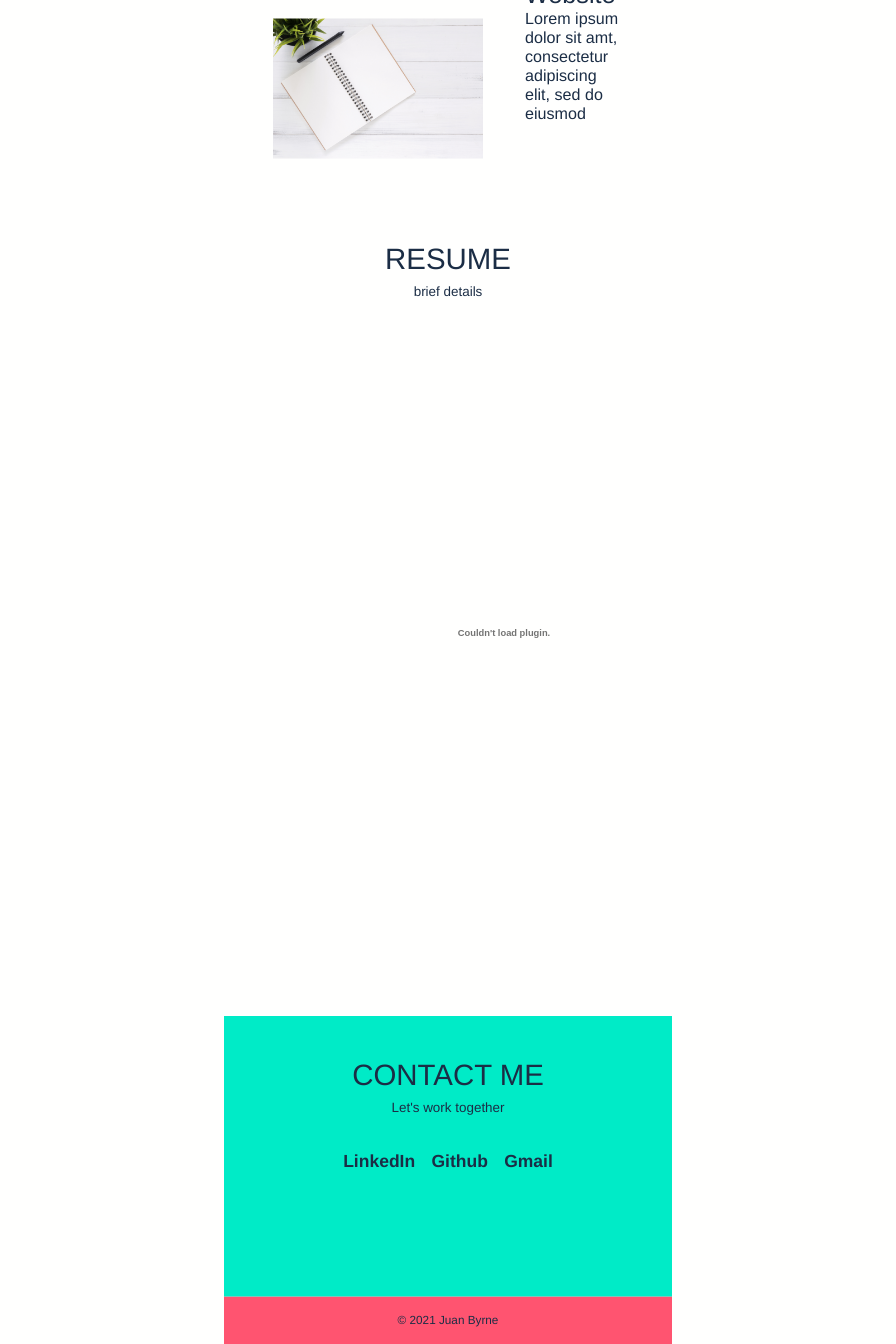
Repository: jb150524/JB-Portfolio
Page: index.html
These files come from the project's save history. The page is drawn as it stood at one moment and after the next save; the edit follows.
The browser window is 1280 px wide. The pictures show the part of the page from y = 3209 to 5129 px (the page is 5129 px tall before and 4434 px after), at 70% of full size.
Some icons come from a web library that is not loaded, so they are not drawn.

Above is the page before, as saved 2021-07-24 22:02:23.

### index.html
<!DOCTYPE html>
<!-- saved from url=(0053)file:///Users/jja/FullStack_HW/juanwebsite/index.html -->

    <html lang="en"><head><meta http-equiv="Content-Type" content="text/html; charset=UTF-8">

    <meta http-equiv="X-UA-Compatible" content="IE=edge">
    <meta name="viewport" content="width=device-width, initial-scale=1.0">

    <!-- CSS style sheet -->
    <link rel="stylesheet" href="style.css">



    <title>Juan's Portfolio</title>
    </head>

    <body>
    <header>
      <nav class="top-nav">
       <ul class="nav-list">
       <li>
       <a href="file:///Users/jja/FullStack_HW/juanwebsite/index.html">Home</a>
       <a href="file:///Users/jja/FullStack_HW/juanwebsite/index.html#about">About</a>
       <a href="file:///Users/jja/FullStack_HW/juanwebsite/index.html#portfolio">Portfolio</a>
       <a href="file:///Users/jja/FullStack_HW/juanwebsite/index.html#resume">Resume</a>
       <a href="file:///Users/jja/FullStack_HW/juanwebsite/index.html#contact">Contact</a>
       </li>
      </ul>
      </nav>

    <div class="main">
      <div class="landing-text">
        <h1>JuanByrne</h1>
        <h6>Graphic Designer and Web Developer</h6>
      </div>
    </div>
    </header>

    <section class="about" id="about">
      <div class="container">
        <a class="about-details">
        <div class="about-heading">
        <h1>About</h1>
        <h6>Myself</h6>
      </div>
        <p>
        I'm a Graphic Designer trying to become a full stack developer. I am from Guadalajara, Mexico. I was born in Mexico, but at a young age I moved to the USA. One of my favorite hobbies is playing competative soccer. Playing soccer has taught me perseverance, how to be a team player, and most importantly how to lose. I currently live in Wayne, Pennsylvania, but have previously lived in Guadalajara, Mexico and Orange County, California. I want to become a web developer because I want to learn a skill that motivates me and pushes me to try new things. I am excited about web developing and want a career that gives me a spark, like I get when I play soccer, with competitiveness, passion, and the belief that I can succeed.
        </p>
        </a>
        </div>
        </section>
        <a class="about-details">
          <section class="experience" id="experience">
            <div class="container">
                <div class="section-heading">
                <h1>Experience</h1>
                <h6>What I can do for you</h6>
            </div>
        <div class="my-skills">
          <div class="skills" ="">
           <div class="icon-container">
            <i class="fas fa-code"></i>
          </div>
          <h1>Graphic Designer</h1>
            <p>
            I'm a Graphic Designer with 2 years of experience working in the advertising industry. Possesses a high degree of competence using programs such as Adobe Photoshop, InDesign, and HTML & CSS.
            </p>
        </div>

        <div class="skills">
          <div class="icon-container">
          <i class="fas fa.codse"></i>
          </div>
          <h1>Web Development</h1>
          <p>
          Learning to become a Web developer and to sharpen my skills. I have a great understanding in Javascript and HTML & CSS.
          </p>
        </div>
        </div>
        </div>
        </section>
        </a>
        <section class="portfolio" id="portfolio"><a class="about-details">
          </a>
          <div class="container"><a class="about-details">
          <div class="section-heading">
           <h1>Portfolio</h1>
           <h6>View my recent work</h6>
        </div>
          </a>
          <div class="portfolio-item"><a class="about-details">
          <div class="portfolio-img has-margin-right">
            <img src="images/desk.jpg" alt="">
          </div>
            </a><div class="portfolio-description"><a class="about-details">
              <h6>Graphic Designer</h6>
              <h1>Illustrator</h1>
              <p>
              Designed content for customer brochure, banners and rack cards using Adobe Illustrator, Adobe InDesign and Photoshop.
              </p>
            </a><a href="file:///Users/jja/FullStack_HW/juanwebsite/index.html#" class="cta"> View Details</a>
        </div>
        </div>
        <div>
        <div class="portfolio-item">
          <div class="portfolio-img has-margin-right">
            <img src="images/laptop.jpg" alt="">
            </div>
            <div class="portfolio-description">
            <h6>Web Development</h6>
            <h1>JavaScript</h1>
            <p>
            Lorem ipsum dolor sit amt, consectetur adipiscing elit, sed do eiusmod
            </p>
            <a href="file:///Users/jja/FullStack_HW/juanwebsite/index.html#" class="cta"> View Details</a>
            </div>
        </div>
        <div>
          <div class="portfolio-item">
            <div class="portfolio-img has-margin-right">
            <img src="images/notebook.jpg" alt="">
            </div>
            <div class="portfolio-description">
            <h6>HTML & CSS</h6>
            <h1>Website</h1>
            <p>
            Lorem ipsum dolor sit amt, consectetur adipiscing elit, sed do eiusmod
            </p>
            <a href="file:///Users/jja/FullStack_HW/juanwebsite/index.html#" class="cta"> View Details</a>
            </div>
            </div>
            </div>
          </div>
        </div>
        </section>

    <section class="resume" id="resume">
      <div class="container">
        <div class="section-heading">
        <h1>Resume</h1>
        <h6>brief details</h6>
        <embed src="JByrne Resume 2021 FINAL.pdf" width="800px" height="850px" />
      </div>

    <section class="contact" id="contact">
        <div class="container">
          <div class="section-heading">
          <h1>Contact Me</h1>
          <ul>
          <li>
          <h6>Let's work together</h6>
          <a href="file:///Users/jja/FullStack_HW/juanwebsite/www.linkedin.com/in/juan-byrne-43869ab7">LinkedIn</a>
          <a href="https://github.com/jb150524">Github</a>
          <a href="file:///Users/jja/FullStack_HW/juanwebsite/juan1505@gmail.com">Gmail</a>
          </li>
          </ul>
        </div>
       </div>
    </section>

    <footer class="copyright">
      <div class="up" id="up">
       <i class="fas fa-chevron-up"></i>
      </div>
      <p>© 2021 Juan Byrne</p>
    </footer>
  </div>
  </section>

   <!-- adding icons -->
   <script src="https://fontawesome.com/v5.15/icons/code?style=solid" crossorigin="anonymous"></script>

</body>
</html

### style.css
/* Start global*/

* {
    margin: 0;
    padding: 0;
    box-sizing: border-box;
}

html {
    font-size: 12px;
    font-family: Helvetica, sans-serif;
    /* color: rgb(255, 255, 255); */
}

body {
    width: 100%;
    height: 100%;
    background-color: #fffffe;
    background-size: cover;
}

section {
    padding: 60px 0;
}

h6 {
    color: #1b2d45;
    margin: 5px;
}

a {
    text-decoration: none;
    color: #1b2d45;
}

p {
   font-size: 23px;
   font-weight: 300;
   color: #1b2d45;
}



img {
    max-width: 100%;
    height: auto;
}

.main {
    padding: 16px;
    margin-top: 30px;
    height: 1500px; /* Used in this example to enable scrolling */
  }

/* Start reusable*/

.container {
    width: 50%;
    max-width: 120rem;
    height: 100%;
    margin: 0 auto;
    position: relative;
}

.container-details p {
    font-size: 200px;
    padding: 35px;
}

.section-heading {
    text-align: center;
    margin-bottom: 10rem;
}

.section-heading h1 {
    font-family: major mono display, Helvetica, sans-serif;
    font-size: 3.5rem;
    color: #1b2d45;
    text-transform: uppercase;
    font-weight: 300;
    position: relative;
    margin-bottom: 1rem;
}

.section-heading h1::before,
.section-heading h1::after {
    content: "";
    position: absolute;
    bottom: -.5rem;
    left: 50%;
    transform: translateX(-59%);
    background: color #fff8e8;
}

.section-heading h1::before {
    width: 10rem;
    height: 3px;
    border-radius: .8rem;
}

.section-heading h1::after {
    height: 1.5rem;
    border-radius: .100%;
    bottom: 1rem;
}

.section-heading h6 {
    font-size: 1.6rem;
    font-weight: 300;
    margin-bottom: 50px;
}

.has-margin-right {
    margin-right: 5rem;
}
/* End reusable*/

/* Start header*/
header {
    width: 100%;
    height: 100vh;
}

.nav-list {
    z-index: 2;
    top: 0;
    background:#00ebc7;
    overflow: hidden;
    font-size: 35px;
    font-family: major mono display;
    margin: 0;
    padding: 20px;
    position: fixed;
    list-style: none;
    width: 100%;
    display: flex;
    justify-content: center;
    align-items: flex-start;
    text-decoration: none;
}

li {
    margin: 0;
    list-style: none;
}

.nav-link {
    font-family: Arial, Helvetica, sans-serif;
    font-size: 15px;
    padding: 5px;
}

.nav-link:hover,
.nav-ink:focus {
    background: linear-gradient(to top, #5725b3, #9e91e9 );
    -webkit-background-clip: text;
    -webkit-text-fill-color: transparent;

}

.landing-text{
    position: absolute;
    top: 50%;
    left: 50%;
    transform: translate(-50%, -50%);
    width: 100%;
    text-align: center;
    z-index: 1;
}

.landing-text h1 {
    font-size: 150px;
    font-family: major mono display, Helvetica, sans-serif, Helvetica, sans-serif;
    background: linear-gradient(to top, #110202, #000000 );
    -webkit-background-clip: text;
    -webkit-text-fill-color: transparent;
    padding: 1rem;
    user-select: none;

}

.landing-text h6 {
    font-size: 2rem;
    font-weight: 300;
}
/* End header*/

.about .container {
    display: flex;
    align-items: center;
    justify-content: center;
}

.about-heading {
    text-align: center;
    text-transform: uppercase;
    line-height: 10px;
    margin-bottom: 6rem;
}

.about-heading h1 {
    font-size: 10rem;
    opacity: .3;
    font-family: major mono display;
}

.about-heading h6 {
    font-size: 2rem;
    font-weight: 300;
}

/* .about-container p {
   font-size: 50px;
} */

.profile-img {
    max-width: 100%;
    display: inline-block;
}

/* Start services*/

.my-skills {
    display: grid;
    grid-template-columns: repeat(auto-fit, minmax(25rem, 1fr));
    grid-gap: 2.5rem;
    text-align: center;
}

.skills p {
    padding: 15px 5px 5px 5px;
    text-align: left;
}

.skills h1 {
    text-transform: uppercase;
    letter-spacing: 2px;
    margin: 2rem -2px 2rem 0;
}

.icon-container {
    width: 10rem;
    height: 10rem;
    border: 2px solid #1b2d45;
    background-color: #00ebc7;
    margin-bottom: 2rem;
    display: inline-block;
}

.icon-container i {
    color:#1b2d45;
    font-size: 5rem;
    margin: auto;
}
/* End services*/

/* Start portfolio*/

.portfolio-item {
    display: flex;
    align-items: end;
    justify-content: center;
    flex-direction: row;
    flex-wrap: wrap;
    align-content: stretch;
    margin-bottom: 50px;

}
.portfolio-img {
    width: 300px;
    height: 200px;
    background-size: 100%;
}

.portfolio-item:last-child {
    margin: 0;
}

.portfolio-description {
    flex: .5;
    color: #1b2d45;

}

.portfolio-description h1 {
    font-size: 3rem;
    font-weight: 300;
    margin: 1px 0;
    display: contents;
}

.portfolio-description h6 {
    font-size: 1.5rem;
    text-transform: uppercase;
    font-weight: 300;
    opacity: 0.3;
}

.portfolio-description .cta {
    display: inline-block;
    margin-top: 2.5rem;
    font-size: 1.5rem;
    text-transform: uppercase;
    color: #fffffe;
    transition: color 650ms;
}

.portfolio-description .cta:hover {
    color: #2f67cd;
}
/* End portfolio*/


/*Star contact*/

.contact {
    background-color:#00ebc7;
}

.contact a {
    font-weight: bold;
    margin: 10px;
    margin-top: 20px;
    padding: 15px 0;
    text-align: center;
    font-size: 25px;
}

/*End contact*/

/*Star footer*/

.copyright {
    width: 100%;
    text-align: center;
    background-color:#ff5470;
    padding: 2rem 0;
    position: absolute;
    display: block;
}

/* .up {
    position: absolute;
    width: 5rem;
    height: 5rem;
    background-color: burlywood;
    top: -2.5rem;
    right: 5rem;
    border-radius: 100%;
    display: flex;
    animation: pulse 2s infinite;
    cursor: pointer;
}

.up i {
    color: navy;
    font-size: 2rem;
    margin: auto;
} */

.copyright p {
    font-size: 1.4rem;
}
/*End footer*/

/*Start Button animation*/

@keyframes pulse {
    0%{
        box-shadow: 0 0 0 0 rgba(253, 87, 191, 0.99);
    }
    70%{
        box-shadow: 0 0 0 2rem rgba(253, 87, 191, 0);
    }
    100%{
        box-shadow: 0 0 0 0 rgba(253, 87, 191, 0);
    }
}
/*End Button animation*/

/*Start media queries*/

@media screen and (max-width: 768px) {
    body {
        background-color: #fffffe;
        background-size: cover;
    }

    .landing-text h1 {
        font-size: 70px;
    }

    .landing-text h6 {
        font-size: 1.7rem;
    }

    .nav-list {
        font-size: 15px;
    }

    li {
        margin: 2rem 0;
    }

    .nav-ink {
        font-size: 4.5rem;
    }

    .about-heading {
        font-size: 15px;
    }

    .section-heading h1 {
        font-size: 3rem;
    }

    .about-details .nav-list {
        flex-direction: initial;
    }

    .about-details li {
        font-size: 10px;
        margin: 0 2rem;
    }

@media screen and (max-width: 600px) {

    .landing-text h1 {
        font-size: 8rem;
    }

    .landing-text h6 {
        font-size: 1.4rem;
    }

    .nav-link {
        font-size: 3.5rem;
    }

    .profile-img {
        margin-top: 0 0 7rem 0;
    }

    .portfolio-item {
        flex-direction: column;
    }

    .portfolio-img {
        margin: 0 0 2rem 0;
        order: 1;
    }

    .portfolio-description {
        margin: 0;
        order: 2;
    }

    form {
        width: 100%;
    }

    .up {
        right: 2rem;
    }
}
/*End media queries*/

After the next save:
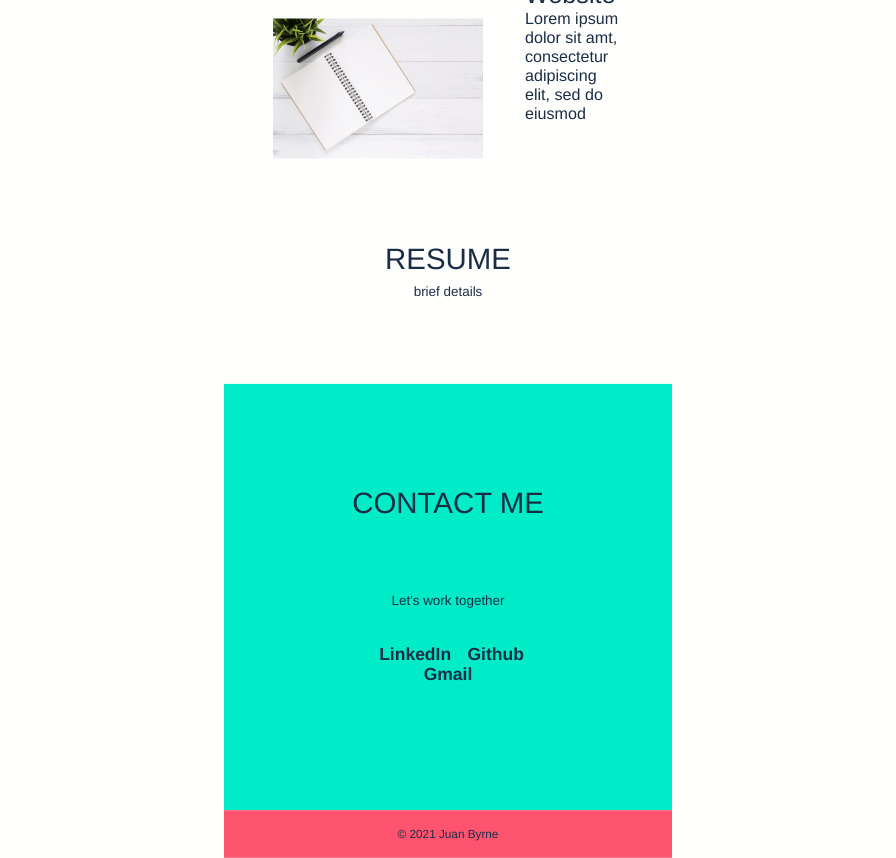
Saved 3 min 22 s later.
--- a/index.html
+++ b/index.html
@@ -139,8 +139,8 @@
         <div class="section-heading">
         <h1>Resume</h1>
         <h6>brief details</h6>
-        <embed src="JByrne Resume 2021 FINAL.pdf" width="800px" height="850px" />
-      </div>
+        <a href="jja/JB-Portfolio/JByrne Resume 2021 FINAL.pdf" download>
+        </div>
 
     <section class="contact" id="contact">
         <div class="container">
